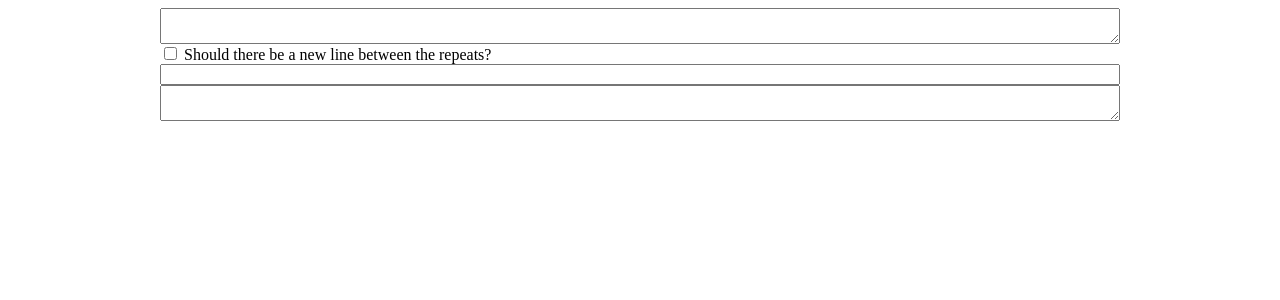
Repository: klothius/Online-string-repeater-with-numbers
Page: index.html
The author's editor kept a copy of each file at every save. The page is drawn from the files as they stood at one save, then again after the next save.
The browser window is 1280 px wide. The pictures show the whole page.

Above is the page before, as saved 2019-05-10 07:15:03.

### index.html
<div class="container">
    <textarea class="input"></textarea>
    <label>
      <input type="checkbox" class="add-newline">
      Should there be a new line between the repeats?
    </label>
    <input type="text" class="repeat-number">
    <textarea class="output"></textarea>
</div>
<script>
function doWork () {
  let input = document.querySelector('textarea.input').textContent;
  let shouldAddNewLine = document.querySelector('.add-newline').checked;
  let repeatNumber = document.querySelector('.repeat-number').value;
  let output = input;
  for (let i = 1; i <= repeatNumber; i++) {
    if (shouldAddNewLine) {
      output += '\n';
    }
    output += input.replace('{n}', i);
  }
  document.querySelector('textarea.output').value = output;
}
</script>
<style>
.container {
  max-width: 960px;
  margin: auto;
  display: flex;
  flex-direction: column;
}
</style>

After the next save:
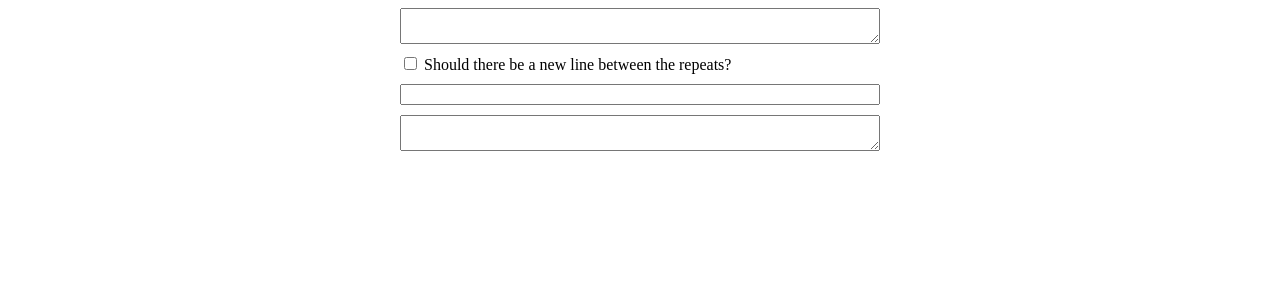
Saved 43 s later.
--- a/index.html
+++ b/index.html
@@ -24,9 +24,12 @@ function doWork () {
 </script>
 <style>
 .container {
-  max-width: 960px;
+  max-width: 480px;
   margin: auto;
   display: flex;
   flex-direction: column;
 }
+.container > * {
+  margin-bottom: 10px;
+}
 </style>
